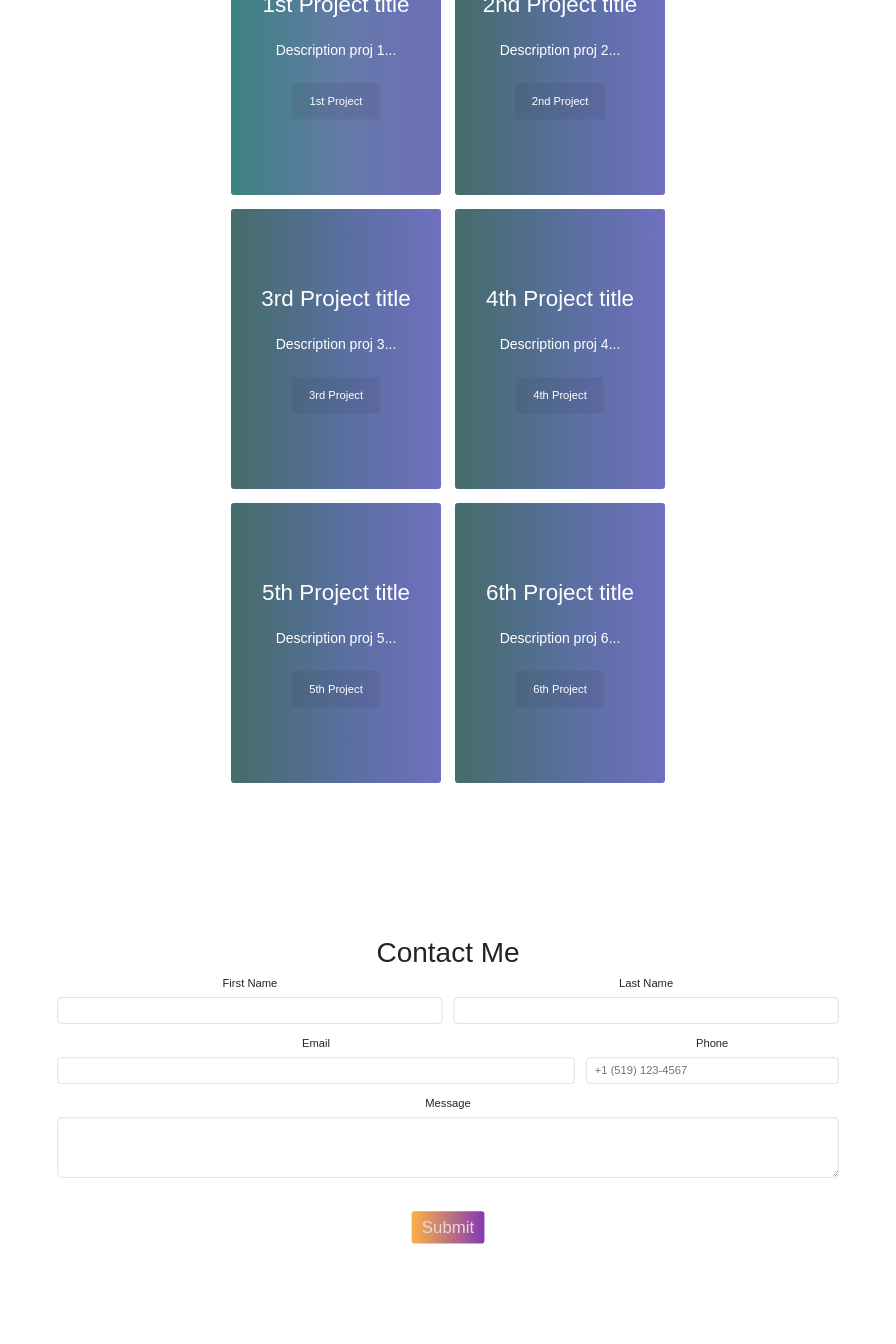
Repository: dvynchi/profile-2022
Page: index.html
These files come from the project's save history. The page is drawn as it stood at one moment and after the next save; the edit follows.
The browser window is 1280 px wide. The pictures show the part of the page from y = 1119 to 3039 px (the page is 3039 px tall), at 70% of full size.
A picture or video elsewhere on the page could not be fetched, so the positions and the page height are approximate. Some web libraries are served in a nearby version.

Above is the page before, as saved 2022-08-16 14:02:18.

After the next save:
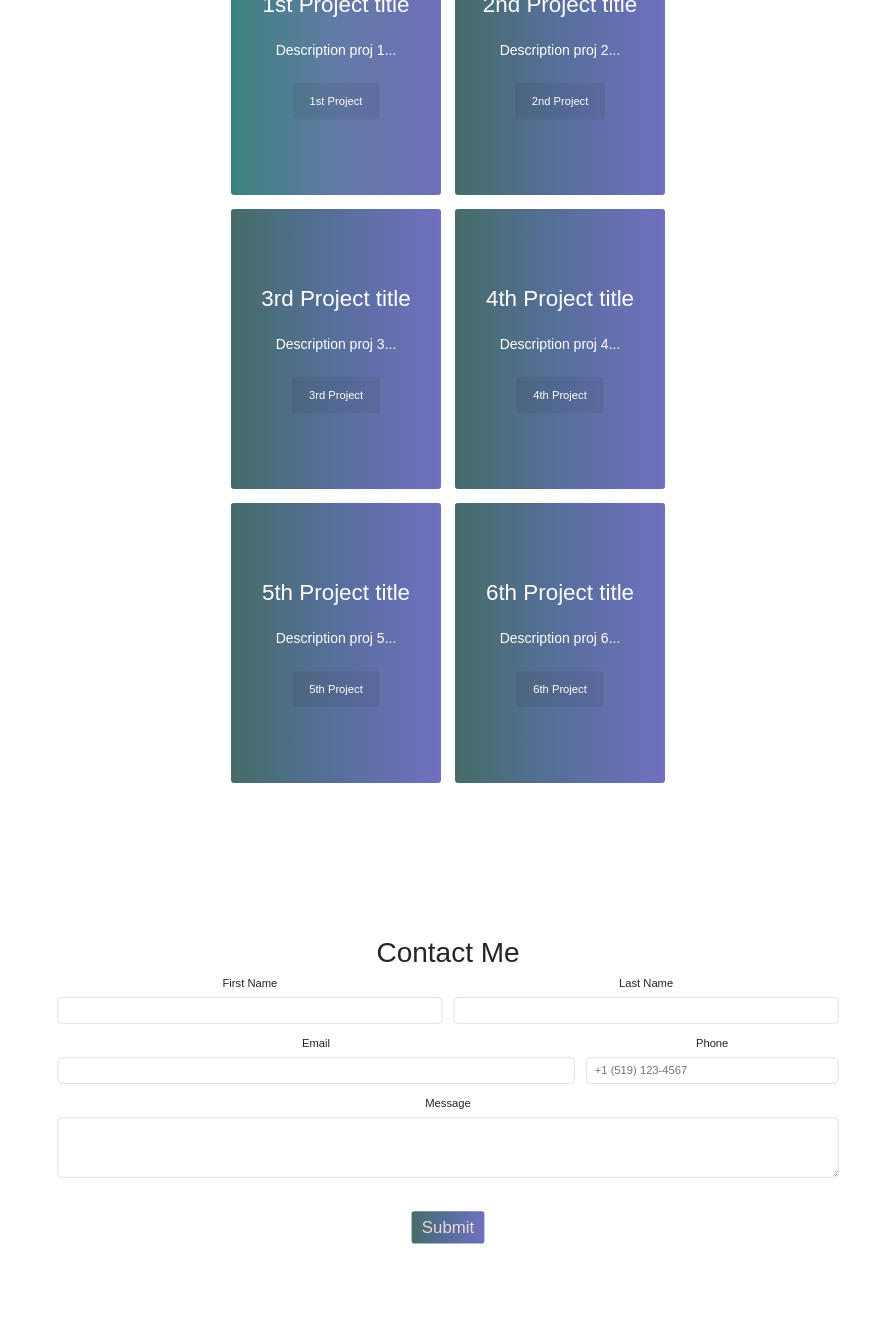
Saved 63 s later.
--- a/styles.css
+++ b/styles.css
@@ -108,9 +108,9 @@
 
 .submit {
     font-size: 1.5rem;
-    background: #201e21;
-    background: -webkit-linear-gradient(to right, #fcb045,#833ab4);
-    background: linear-gradient(to right, #fcb045,#833ab4);
+    background: #7F7FD5;
+    background: -webkit-linear-gradient(to right, #3b837e, #627aa6, #6f6fb9);
+    background: linear-gradient(to right, #456c69, #576f9c, #7070bf);
     padding: 5px 15px;
     border: none;
     outline: none;
